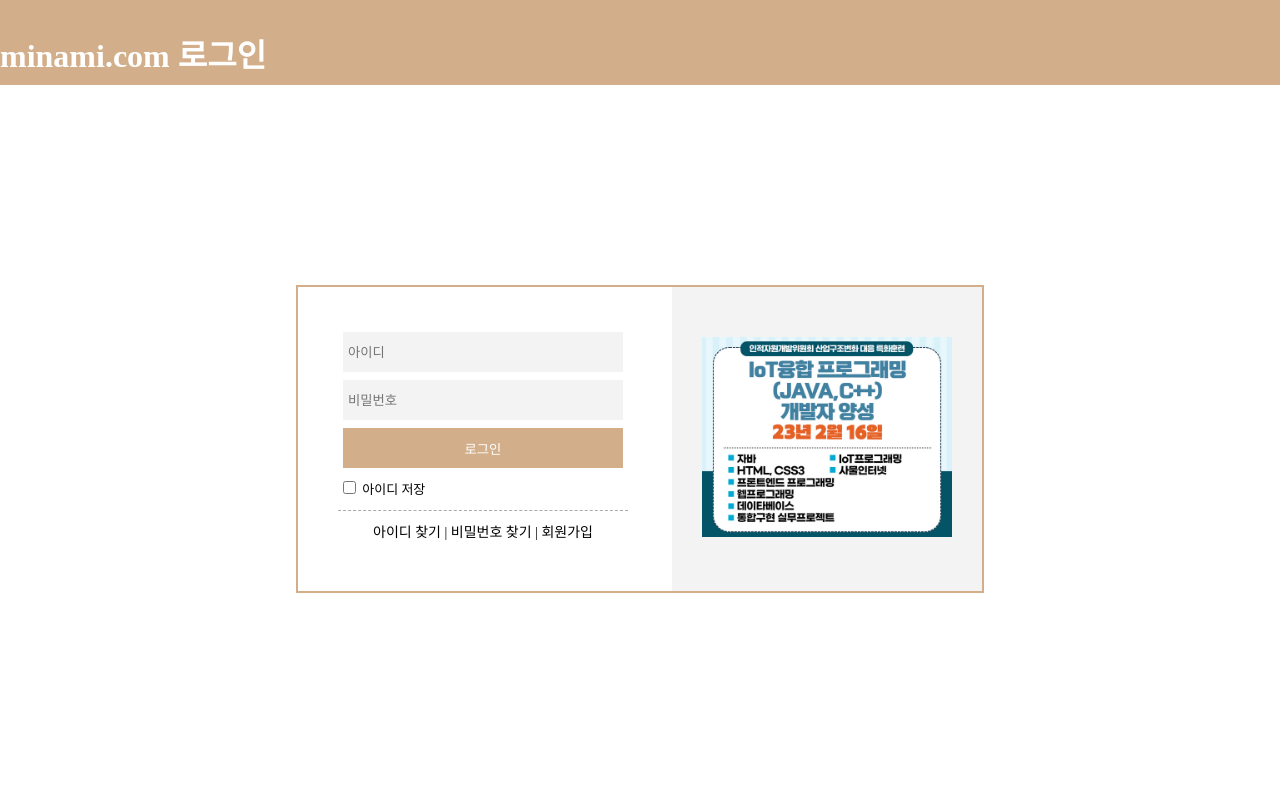
Repository: Minami0717/JSP_Study
Page: http://localhost/JSP_Gall/jsp/loginForm.jsp
These files come from the project's save history. The page is drawn as it stood at one moment and after the next save; the edit follows.
The browser window is 1280 px wide. The pictures show the whole page.
The page is served by Tomcat 9. Other server files are loaded and not shown.

Above is the page before, as saved 2023-02-15 07:05:05.

### JSP_Gall/src/main/webapp/jsp/loginForm.jsp
<%@ page language="java" contentType="text/html; charset=UTF-8"
    pageEncoding="UTF-8"%>
<!DOCTYPE html>
<%
	String url = request.getParameter("url");
%>
<html>
<head>
<meta charset="UTF-8">
<title>Insert title here</title>
<style>
	* {margin: 0; padding: 0;}
	header {background: #d2af8a; height: 85px;}
	header a {color: white;}
	header a:hover {text-decoration: none;}
	h1 {position: absolute; top: 30px;}
	div[align=center] {display: inline-block; border: 2px solid #d2af8a; margin: 200px auto; font-size: 13px; width: 684px;}
	div[align=center] > div {float: right; background: #f3f3f3; padding: 50px 30px;}
	form {float: left; padding: 40px;}
	form div {border-top: 1px dashed #aaa; padding: 10px 0; font-size: 14px;}
	body {text-align: center;}
	input {margin: 3px;}
	.input {width: 270px; height: 40px; background: #f3f3f3; border: none; padding: 0 5px;}
	#login {width: 280px; height: 40px; background-color: #d2af8a;
	color: white; border: none; cursor: pointer;}
	.button {height: 30px;}
	a {text-decoration: none; color: black;}
	a:hover {text-decoration: underline;}
	img {width: 250px;}
	table tr:last-child td {padding: 5px 0 10px;}
</style>
</head>
<body>
	<header>
		<h1 align=left><a href=main.jsp>minami.com</a> <a href=>로그인</a></h1>
	</header>
	<div align=center>
		<form action="checkID.jsp?url=<%= url %>" method=post>
			<table>
				<tr>
					<td><input type=text placeholder="아이디" class=input name=code></td>
				</tr>
				<tr>
					<td><input type=password placeholder="비밀번호" class=input name=pw></td>
				</tr>
				<tr>
					<td><input type=submit value=로그인 id=login></td>
				</tr>
				<tr>
					<td><input type="checkbox"> 아이디 저장</td>
				</tr>
			</table>
			<div>
				<a href=#>아이디 찾기</a> | <a href=#>비밀번호 찾기</a> | <a href=joinForm.jsp>회원가입</a>
			</div>
		</form>
		<div>
			<a href=http://www.kcd.or.kr><img src=image/banner1.png></a>
		</div>
	</div>
</body>
</html>

After the next save:
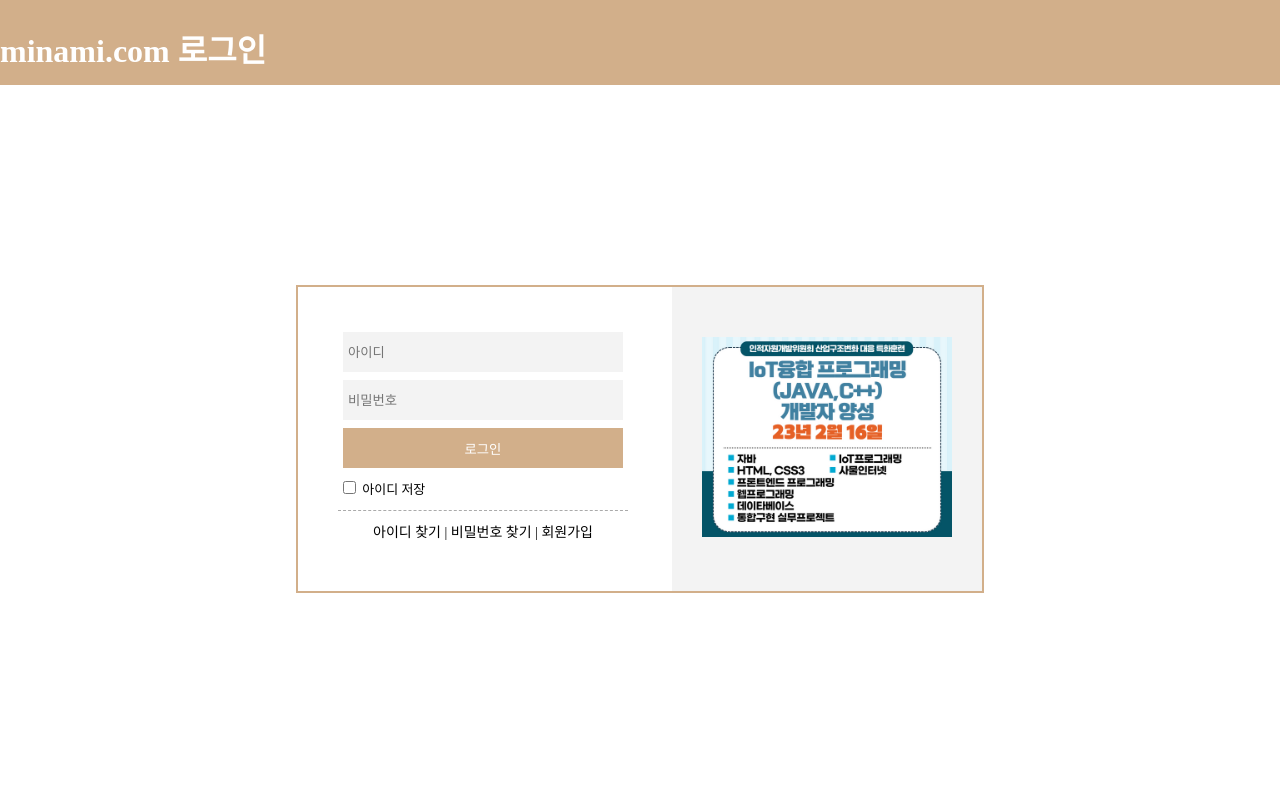
Saved 24 s later.
--- a/JSP_Gall/src/main/webapp/jsp/loginForm.jsp
+++ b/JSP_Gall/src/main/webapp/jsp/loginForm.jsp
@@ -13,7 +13,7 @@
 	header {background: #d2af8a; height: 85px;}
 	header a {color: white;}
 	header a:hover {text-decoration: none;}
-	h1 {position: absolute; top: 30px;}
+	h1 {position: absolute; top: 25px;}
 	div[align=center] {display: inline-block; border: 2px solid #d2af8a; margin: 200px auto; font-size: 13px; width: 684px;}
 	div[align=center] > div {float: right; background: #f3f3f3; padding: 50px 30px;}
 	form {float: left; padding: 40px;}
